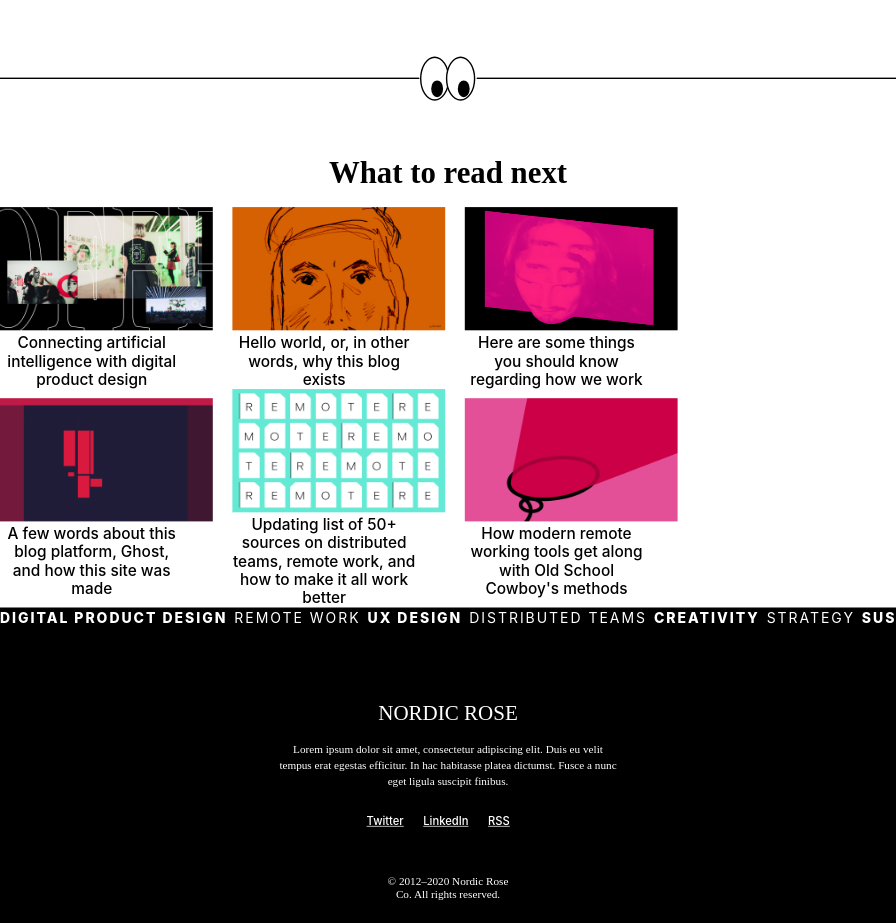
Repository: ThuTrang-jvb/JVB-BT1
Page: Page 3/article.html
The author's editor kept a copy of each file at every save. The page is drawn from the files as they stood at one save, then again after the next save.
The browser window is 1280 px wide. The pictures show the part of the page from y = 3857 to 5777 px (the page is 5176 px tall before and 5777 px after), at 70% of full size.

Above is the page before, as saved 2025-06-30 09:47:05.

After the next save:
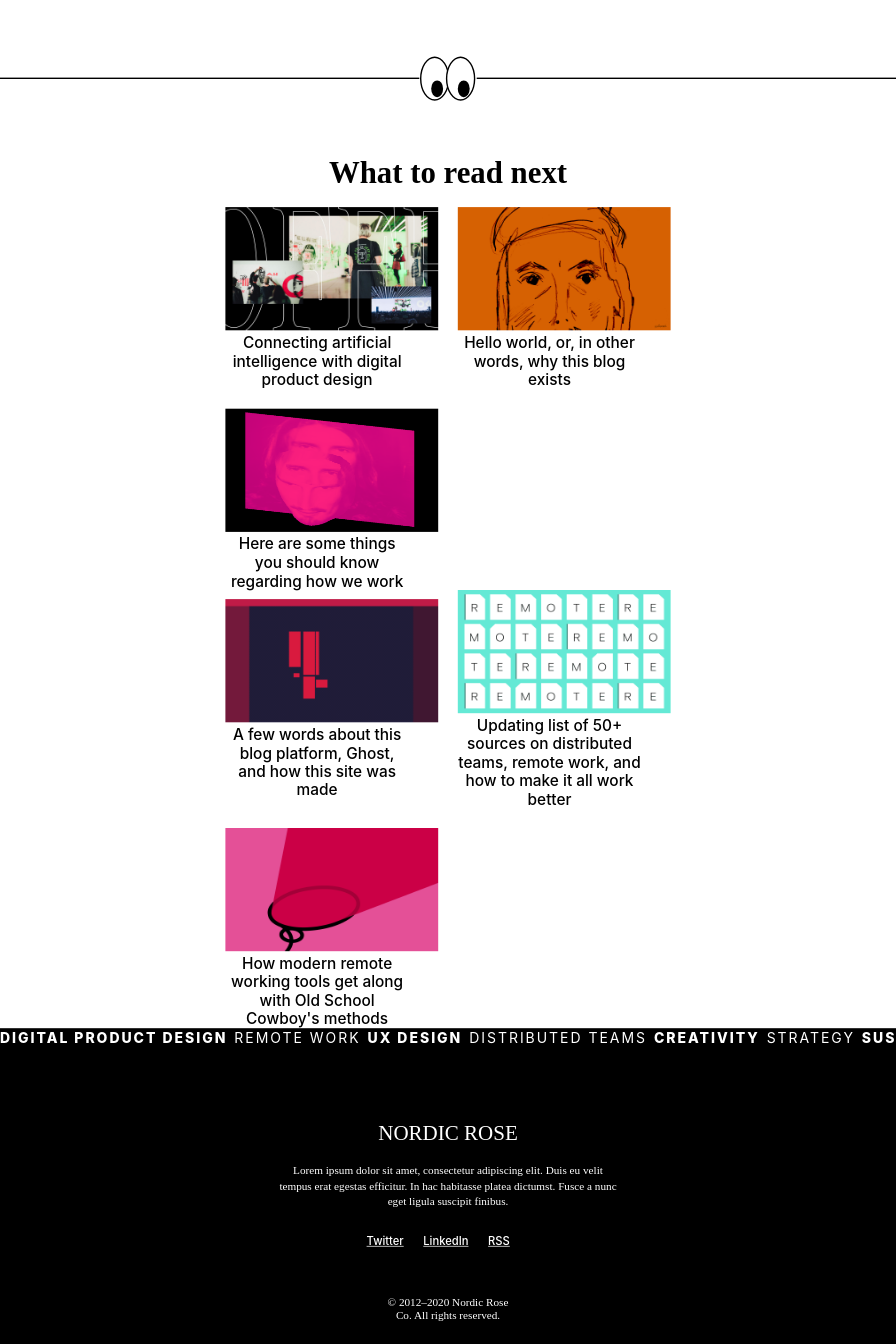
Saved 56 s later.
--- a/Page 3/styleArticle.css
+++ b/Page 3/styleArticle.css
@@ -383,7 +383,10 @@ ul {
     display: flex;
     gap: 28px;
     align-items: center;
-    margin: 0 auto;
+    margin: 0 auto;display: grid;
+    grid-template-columns: repeat(2, 0fr);
+    justify-content: center;
+    gap: 28px
 }
 .image_line img {
     width: 304px;
